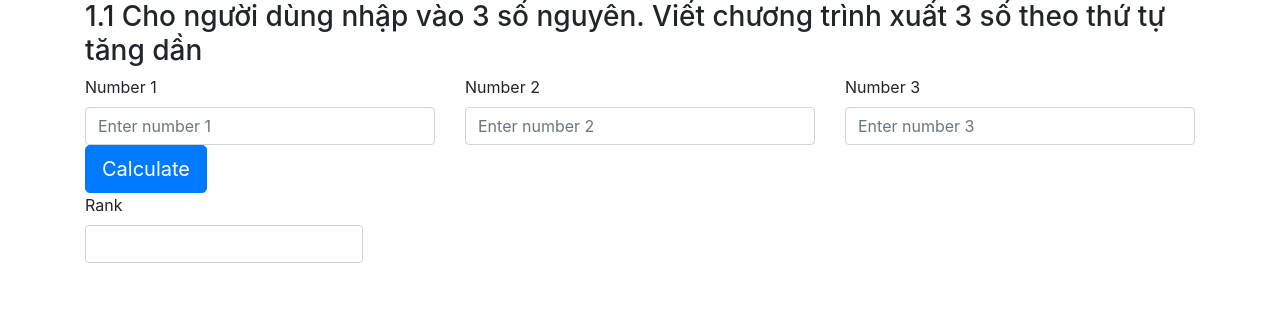
Repository: baobaodeveloper/bootscamp21__jsbasic__HuynhAnhBao
Page: index.html
These files come from the project's save history. The page is drawn as it stood at one moment and after the next save; the edit follows.
The browser window is 1280 px wide. The pictures show the whole page.

Above is the page before, as saved 2022-03-09 23:09:57.

After the next save:
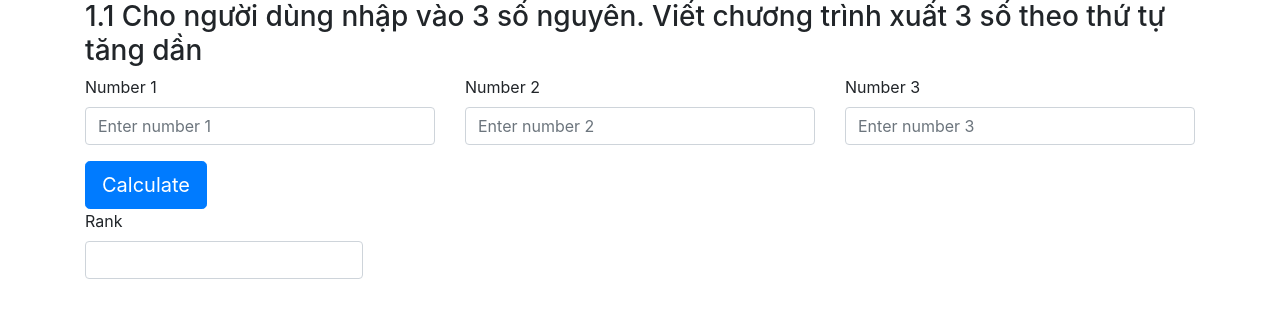
Saved 20 s later.
--- a/index.html
+++ b/index.html
@@ -51,7 +51,9 @@
         </div>
       </div>
 
-      <button type="button" class="btn btn-primary btn-lg">Calculate</button>
+      <button type="button" class="btn btn-primary btn-lg mt-3">
+        Calculate
+      </button>
 
       <div class="mt-3 m-auto">
         <label class="form-label">Rank</label>
